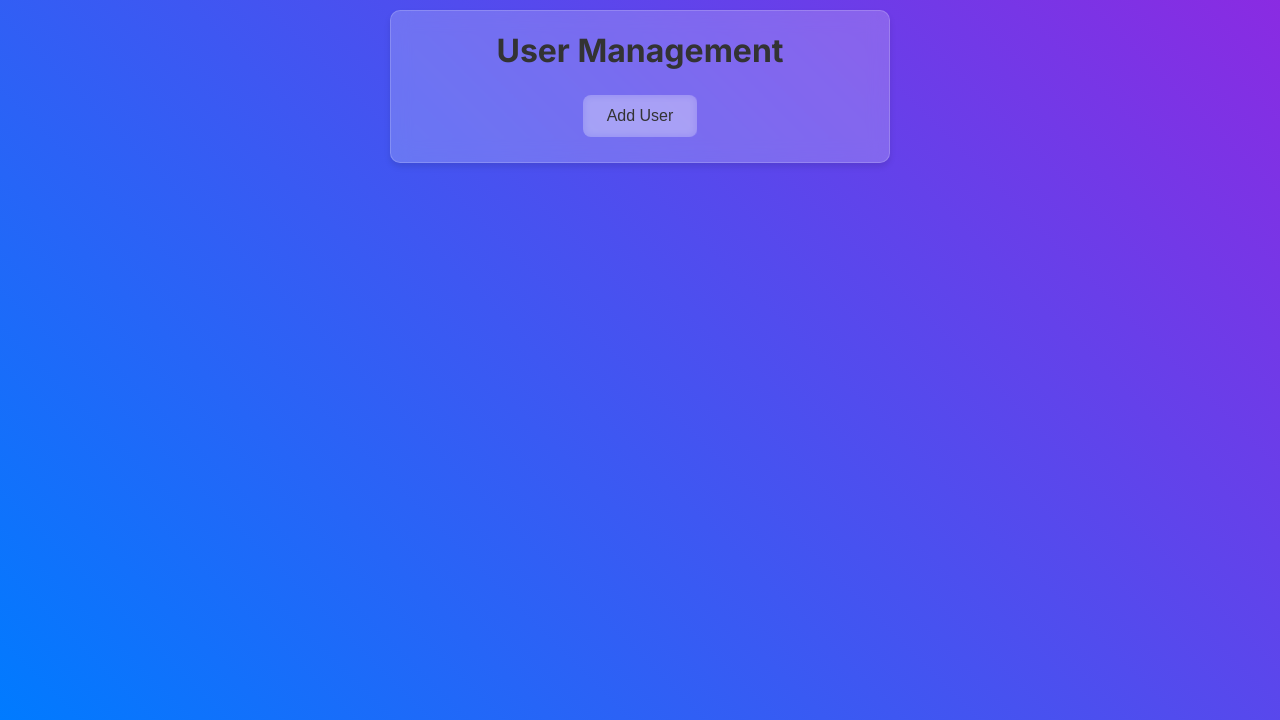
Repository: EeeeeEyyyy/crud-proj
Page: /
An editor plug-in stored every save of this project. The page is shown before and after the next save, followed by the edit.
The browser window is 1280 px wide. The pictures show the whole page.
The page's requests for data from a server got no answer. The project was rebuilt for these pictures with package versions that can differ from the ones it lists, and the page was loaded fresh each time. The framework's server and built-in components were replaced by stand-ins that run in the browser. No one was signed in, and anything a server would have sent is missing. Also part of the build but not shown: next.config.mjs.

Above is the page before, as saved 2024-06-24 15:02:51.

### src/app/page.js
"use client";

import React, { useEffect, useState } from 'react';
import axios from 'axios';

const Page = () => {
  const [users, setUsers] = useState([]);
  const [isCreateModalOpen, setCreateModalOpen] = useState(false);
  const [isUpdateModalOpen, setUpdateModalOpen] = useState(false);
  const [isDeleteModalOpen, setDeleteModalOpen] = useState(false);
  const [selectedUser, setSelectedUser] = useState(null);
  const [newUser, setNewUser] = useState({ name: '', email: '' });

  useEffect(() => {
    fetchUsers();
  }, []);

  const fetchUsers = async () => {
    try {
      const response = await axios.get('https://jsonplaceholder.typicode.com/users');
      setUsers(response.data);
    } catch (error) {
      console.error('Error fetching users:', error);
    }
  };

  const addUser = async () => {
    try {
      const response = await axios.post('https://jsonplaceholder.typicode.com/users', newUser);
      setUsers([...users, response.data]);
      setCreateModalOpen(false);
    } catch (error) {
      console.error('Error adding user:', error);
    }
  };

  const updateUser = async (id) => {
    try {
      const response = await axios.put(`https://jsonplaceholder.typicode.com/users/${id}`, selectedUser);
      setUsers(users.map((user) => (user.id === id ? response.data : user)));
      setUpdateModalOpen(false);
    } catch (error) {
      console.error('Error updating user:', error);
    }
  };

  const deleteUser = async (id) => {
    try {
      await axios.delete(`https://jsonplaceholder.typicode.com/users/${id}`);
      setUsers(users.filter((user) => user.id !== id));
      setDeleteModalOpen(false);
    } catch (error) {
      console.error('Error deleting user:', error);
    }
  };

  const openCreateModal = () => {
    setNewUser({ name: '', email: '' });
    setCreateModalOpen(true);
  };

  const closeCreateModal = () => {
    setCreateModalOpen(false);
  };

  const openUpdateModal = (user) => {
    setSelectedUser(user);
    setUpdateModalOpen(true);
  };

  const closeUpdateModal = () => {
    setSelectedUser(null);
    setUpdateModalOpen(false);
  };

  const openDeleteModal = (user) => {
    setSelectedUser(user);
    setDeleteModalOpen(true);
  };

  const closeDeleteModal = () => {
    setSelectedUser(null);
    setDeleteModalOpen(false);
  };

  return (
    <div className="container">
      <h1>User Management</h1>
      <button onClick={openCreateModal} className="glassButton">Add User</button>
      <ul>
        {users.map((user) => (
          <li key={user.id}>
            {user.name} - {user.email}
            <button onClick={() => openUpdateModal(user)} className="glassButton">Update</button>
            <button onClick={() => openDeleteModal(user)} className="glassButton">Delete</button>
          </li>
        ))}
      </ul>

      {isCreateModalOpen && (
        <div className="modalOverlay">
          <div className="modal">
            <h2>Add User</h2>
            <input
              type="text"
              placeholder="Name"
              value={newUser.name}
              onChange={(e) => setNewUser({ ...newUser, name: e.target.value })}
            />
            <input
              type="email"
              placeholder="Email"
              value={newUser.email}
              onChange={(e) => setNewUser({ ...newUser, email: e.target.value })}
            />
            <button onClick={addUser} className="glassButton">Add</button>
            <button onClick={closeCreateModal} className="closeButton">Close</button>
          </div>
        </div>
      )}

      {isUpdateModalOpen && selectedUser && (
        <div className="modalOverlay">
          <div className="modal">
            <h2>Update User</h2>
            <input
              type="text"
              placeholder="Name"
              value={selectedUser.name}
              onChange={(e) => setSelectedUser({ ...selectedUser, name: e.target.value })}
            />
            <input
              type="email"
              placeholder="Email"
              value={selectedUser.email}
              onChange={(e) => setSelectedUser({ ...selectedUser, email: e.target.value })}
            />
            <button onClick={() => updateUser(selectedUser.id)} className="glassButton">Update</button>
            <button onClick={closeUpdateModal} className="closeButton">Close</button>
          </div>
        </div>
      )}

      {isDeleteModalOpen && selectedUser && (
        <div className="modalOverlay">
          <div className="modal">
            <h2>Are you sure you want to delete {selectedUser.name}?</h2>
            <button onClick={() => deleteUser(selectedUser.id)} className="glassButton">Yes</button>
            <button onClick={closeDeleteModal} className="closeButton">No</button>
          </div>
        </div>
      )}
    </div>
  );
};

export default Page;

### src/app/globals.css
* {
  box-sizing: border-box;
  padding: 0;
  margin: 0;
}
html,
body {
  max-width: 100vw;
  overflow-x: hidden;
  background: linear-gradient(45deg, rgb(0, 123, 255), rgb(138, 43, 226)); /* Blue to Violet */
  height: 100%;
  margin: 0;
  padding: 0;
  font-family: Arial, sans-serif;
}
a {
  color: inherit;
  text-decoration: none;
}
.main {
  display: flex;
  flex-direction: column;
  justify-content: space-between;
  align-items: center;
  padding: 6rem;
  min-height: 100vh;
}
.description {
  display: inherit;
  justify-content: inherit;
  align-items: inherit;
  font-size: 0.85rem;
  max-width: var(--max-width);
  width: 100%;
  z-index: 2;
  font-family: var(--font-mono);
}
.description a {
  display: flex;
  justify-content: center;
  align-items: center;
  gap: 0.5rem;
}
.description p {
  position: relative;
  margin: 0;
  padding: 1rem;
  background-color: rgba(var(--callout-rgb), 0.5);
  border: 1px solid rgba(var(--callout-border-rgb), 0.3);
  border-radius: var(--border-radius);
}
.code {
  font-weight: 700;
  font-family: var(--font-mono);
}
.grid {
  display: grid;
  grid-template-columns: repeat(4, minmax(25%, auto));
  max-width: 100%;
  width: var(--max-width);
}
.card {
  padding: 1rem 1.2rem;
  border-radius: var(--border-radius);
  background: rgba(var(--card-rgb), 0);
  border: 1px solid rgba(var(--card-border-rgb), 0);
  transition: background 200ms, border 200ms;
}
.card span {
  display: inline-block;
  transition: transform 200ms;
}

.card h2 {
  font-weight: 600;
  margin-bottom: 0.7rem;
}
.card p {
  margin: 0;
  opacity: 0.6;
  font-size: 0.9rem;
  line-height: 1.5;
  max-width: 30ch;
  text-wrap: balance;
}
.center {
  display: flex;
  justify-content: center;
  align-items: center;
  position: relative;
  padding: 4rem 0;
}
.center::before {
  background: var(--secondary-glow);
  border-radius: 50%;
  width: 480px;
  height: 360px;
  margin-left: -400px;
}
.center::after {
  background: var(--primary-glow);
  width: 240px;
  height: 180px;
  z-index: -1;
}
.center::before,
.center::after {
  content: "";
  left: 50%;
  position: absolute;
  filter: blur(45px);
  transform: translateZ(0);
}
.logo {
  position: relative;
}
/* Enable hover only on non-touch devices */
@media (hover: hover) and (pointer: fine) {
  .card:hover {
    background: rgba(var(--card-rgb), 0.1);
    border: 1px solid rgba(var(--card-border-rgb), 0.15);
  }
  .card:hover span {
    transform: translateX(4px);
  }
}
@media (prefers-reduced-motion) {
  .card:hover span {
    transform: none;
  }
}
/* Mobile */
@media (max-width: 700px) {
  .content {
    padding: 4rem;
  }
  .grid {
    grid-template-columns: 1fr;
    margin-bottom: 120px;
    max-width: 320px;
    text-align: center;
  }
  .card {
    padding: 1rem 2.5rem;
  }

  .card h2 {
    margin-bottom: 0.5rem;
  }

  .center {
    padding: 8rem 0 6rem;
  }

  .center::before {
    transform: none;
    height: 300px;
  }

  .description {
    font-size: 0.8rem;
  }

  .description a {
    padding: 1rem;
  }

  .description p,
  .description div {
    display: flex;
    justify-content: center;
    position: fixed;
    width: 100%;
  }

  .description p {
    align-items: center;
    inset: 0 0 auto;
    padding: 2rem 1rem 1.4rem;
    border-radius: 0;
    border: none;
    border-bottom: 1px solid rgba(var(--callout-border-rgb), 0.25);
    background: linear-gradient(
      to bottom,
      rgba(var(--background-start-rgb), 1),
      rgba(var(--callout-rgb), 0.5)
    );
    background-clip: padding-box;
    backdrop-filter: blur(24px);
  }

  .description div {
    align-items: flex-end;
    pointer-events: none;
    inset: auto 0 0;
    padding: 2rem;
    height: 200px;
    background: linear-gradient(
      to bottom,
      transparent 0%,
      rgb(var(--background-end-rgb)) 40%
    );
    z-index: 1;
  }
}

/* Tablet and Smaller Desktop */
@media (min-width: 701px) and (max-width: 1120px) {
  .grid {
    grid-template-columns: repeat(2, 50%);
  }
}

@media (prefers-color-scheme: dark) {
  .vercelLogo {
    filter: invert(1);
  }

  .logo {
    filter: invert(1) drop-shadow(0 0 0.3rem #ffffff70);
  }
}

@keyframes rotate {
  from {
    transform: rotate(360deg);
  }
  to {
    transform: rotate(0deg);
  }
}
.container {
  max-width: 1000px;
  margin: 50px auto;
  padding: 20px;
  background: rgba(0, 123, 255, 0.2);
  border: 1px solid rgba(0, 123, 255, 0.18);
  border-radius: 10px;
  backdrop-filter: blur(10px);
  box-shadow: 0 4px 6px rgba(0, 0, 0, 0.1);
  text-align: center;
}

h1 {
  font-size: 2em;
  margin-bottom: 20px;
  color: #333;
}

/* Glass Button Styles */
.glassButton {
  background: rgba(255, 255, 255, 0.2);
  border: none;
  padding: 12px 24px;
  font-size: 16px;
  color: #333;
  cursor: pointer;
  outline: none;
  transition: background-color 0.3s ease, transform 0.3s ease;
  backdrop-filter: blur(5px);
  border-radius: 8px;
  margin: 5px;
}

.glassButton:hover {
  background: rgba(255, 255, 255, 0.3);
  transform: scale(1.05);
}

/* Modal Styles */
.modalOverlay {
  position: fixed;
  top: 0;
  left: 0;
  right: 0;
  bottom: 0;
  background-color: rgba(0, 0, 0, 0.5);
  display: flex;
  justify-content: center;
  align-items: center;
  z-index: 1000;
}

.modal {
  background: rgba(255, 255, 255, 0.8);
  padding: 20px;
  border-radius: 8px;
  width: 400px;
  max-width: 90%;
  box-shadow: 0 4px 6px rgba(0, 0, 0, 0.1);
  backdrop-filter: blur(10px);
  position: relative;
}

.closeButton {
  background: rgba(255, 255, 255, 0.5);
  padding: 8px;
  border-radius: 50%;
  border: none;
  font-size: 20px;
  cursor: pointer;
  position: absolute;
  top: 10px;
  right: 10px;
  transition: background-color 0.3s ease;
}

.closeButton:hover {
  background: rgba(255, 255, 255, 0.8);
}

/* List Styles */
ul {
  list-style-type: none;
  padding: 0;
}

li {
  display: flex;
  justify-content: space-between;
  align-items: center;
  padding: 10px;
  border-bottom: 1px solid rgba(0, 0, 0, 0.1);
  color: #333;
}

/* Input Styles */
input {
  display: block;
  width: calc(100% - 20px);
  margin: 10px 0;
  padding: 10px;
  border: 1px solid rgba(0, 0, 0, 0.1);
  border-radius: 4px;
  font-size: 16px;
}
.container { max-width: 500px; margin: 10px auto; padding: 20px; background: rgba(255, 255, 255, 0.2); border: 1px solid rgba(255, 255, 255, 0.18); border-radius: 10px; backdrop-filter: blur(10px); box-shadow: 0 4px 6px rgba(0, 0, 0, 0.1); text-align: center; }
h1 { font-size: 2em; margin-bottom: 20px; color: #333; }
.glassButton { background: rgba(255, 255, 255, 0.2); border: none; padding: 12px 24px; font-size: 16px; color: #333; cursor: pointer; outline: none; transition: background-color 0.3s ease, transform 0.3s ease; backdrop-filter: blur(5px); border-radius: 8px; margin: 5px; }
.glassButton:hover { background: rgba(255, 255, 255, 0.3); transform: scale(1.05); }
.modalOverlay { position: fixed; top: 0; left: 0; right: 0; bottom: 0; background-color: rgba(0, 0, 0, 0.5); display: flex; justify-content: center; align-items: center; z-index: 1000; }
.modal { background: rgba(255, 255, 255, 0.8); padding: 20px; border-radius: 8px; width: 400px; max-width: 90%; box-shadow: 0 4px 6px rgba(0, 0, 0, 0.1); backdrop-filter: blur(10px); position: relative; }
.closeButton { background: rgba(255, 255, 255, 0.5); padding: 8px; border-radius: 50%; border: none; font-size: 20px; cursor: pointer; position: absolute; top: 10px; right: 10px; transition: background-color 0.3s ease; }
.closeButton:hover { background: rgba(255, 255, 255, 0.8); }
ul { list-style-type: none; padding: 0; }
li { display: flex; justify-content: space-between; align-items: center; padding: 10px; border-bottom: 1px solid rgba(0, 0, 0, 0.1); color: #333; }
input { display: block; width: calc(100% - 20px); margin: 10px 0; padding: 10px; border: 1px solid rgba(0, 0, 0, 0.1); border-radius: 4px; font-size: 16px; }

Loaded but not shown: src/app/layout.js (common file)

After the next save:
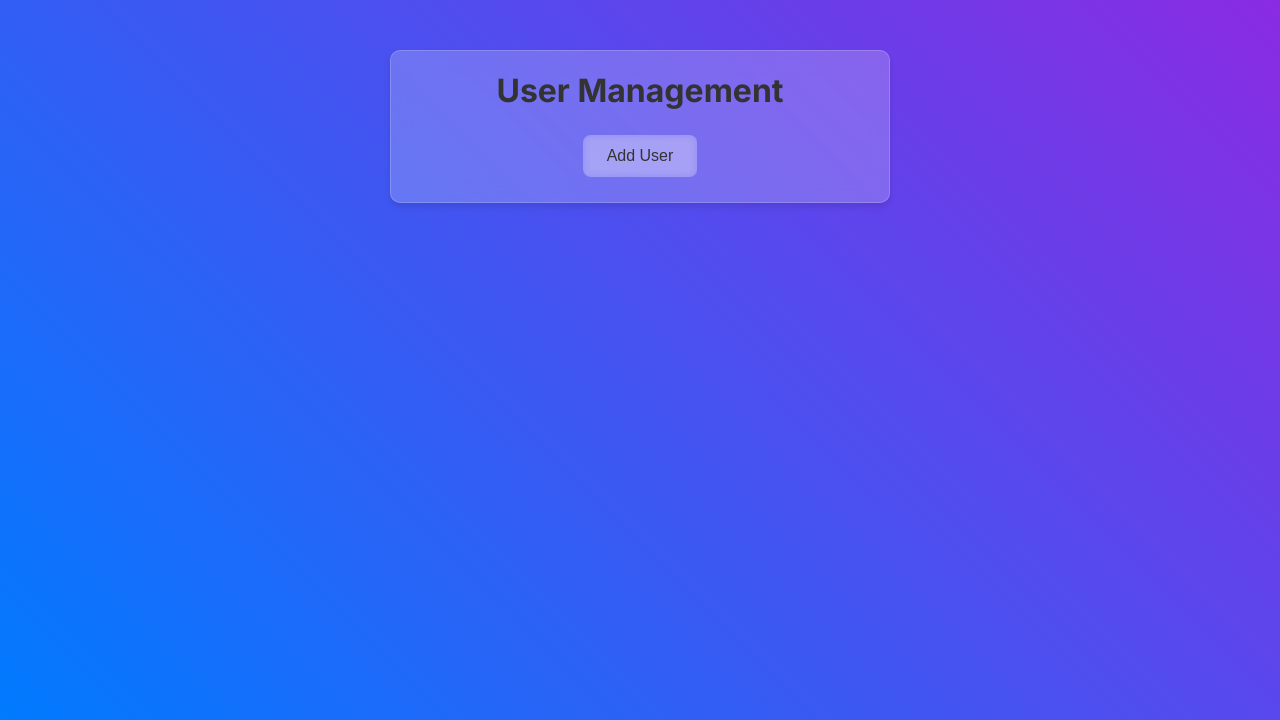
Saved 9 s later.
--- a/src/app/globals.css
+++ b/src/app/globals.css
@@ -334,7 +334,7 @@ input {
   border-radius: 4px;
   font-size: 16px;
 }
-.container { max-width: 500px; margin: 10px auto; padding: 20px; background: rgba(255, 255, 255, 0.2); border: 1px solid rgba(255, 255, 255, 0.18); border-radius: 10px; backdrop-filter: blur(10px); box-shadow: 0 4px 6px rgba(0, 0, 0, 0.1); text-align: center; }
+.container { max-width: 500px; margin: 50px auto; padding: 20px; background: rgba(255, 255, 255, 0.2); border: 1px solid rgba(255, 255, 255, 0.18); border-radius: 10px; backdrop-filter: blur(10px); box-shadow: 0 4px 6px rgba(0, 0, 0, 0.1); text-align: center; }
 h1 { font-size: 2em; margin-bottom: 20px; color: #333; }
 .glassButton { background: rgba(255, 255, 255, 0.2); border: none; padding: 12px 24px; font-size: 16px; color: #333; cursor: pointer; outline: none; transition: background-color 0.3s ease, transform 0.3s ease; backdrop-filter: blur(5px); border-radius: 8px; margin: 5px; }
 .glassButton:hover { background: rgba(255, 255, 255, 0.3); transform: scale(1.05); }
